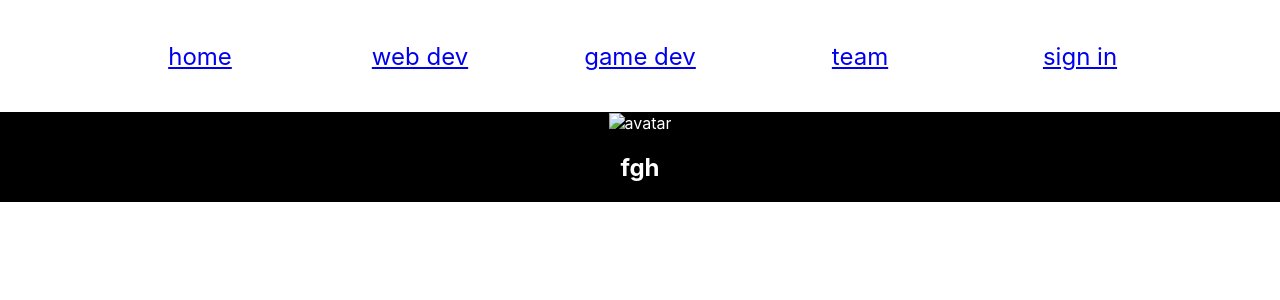
Repository: romAtam/5778
Page: /team
An editor plug-in stored every save of this project. The page is shown before and after the next save, followed by the edit.
The browser window is 1280 px wide. The pictures show the whole page.
The page's requests for data from a server got no answer. The project was rebuilt for these pictures with package versions that can differ from the ones it lists, and the page was loaded fresh each time. No one was signed in, and anything a server would have sent is missing. Also part of the build but not shown: src/Pages/Home.js, src/Pages/Game.js, src/Pages/Web.js, src/Pages/Signin.js, src/Pages/User.js.

Above is the page before, as saved 2021-12-11 13:50:32.

### src/index.js
import React from 'react';
import ReactDOM from 'react-dom';
import './index.css';
import App from './App';

import {BrowserRouter as Router} from "react-router-dom"
ReactDOM.render(
  <React.StrictMode>
    <Router>
       <App />
    </Router>

  </React.StrictMode>,
  document.getElementById('root')
);

### src/App.js

import './App.css';
import Nav from './Nav'
import {Routes,Route} from "react-router-dom"
import Home from "./Pages/Home"
import Game from "./Pages/Game"
import Web from "./Pages/Web"
import Team from "./Pages/Team"
import Signin from "./Pages/Signin"
import User from "./Pages/User"
function App() {
  return (
    <div className="App">
<Nav/>
<Routes>
  <Route path="/" element={<Home/>}/>
  <Route path="/game" element={<Game/>}/>
  <Route path="/web" element={<Web/>}/>
  <Route path="/team" element={<Team/>}/>
  <Route path="/team/:id" element={<User/>}/>
  <Route path="/signin" element={<Signin/>}/>
</Routes>



    </div>
  );
}

export default App;

### src/Nav.js
import React from 'react'
import{Link} from "react-router-dom"
import styled from "styled-components"

const NavContainer=styled.div`
display: grid;
grid-gap:20px;
justify-content:center;
align-items:center;
height:80px;
font-size:1.5rem;
padding:1rem 2rem;
border-bottom: 1px solid #000;
grid-template-columns: repeat(5,minmax(100px,200px));
@media (max-width: 768px){
    grid-template-columns: 1fr;
    height:100vh;
    max-height:800px ;
}

`
const Nav = () => {



    return (
        <NavContainer>
               <Link to="/">home</Link>
               <Link to="/web">web dev</Link>
               <Link to="/game">game dev</Link>
               <Link to="/team">team</Link>
               <Link to="/signin">sign in</Link>
        </NavContainer>
    )
}

export default Nav

### src/Pages/Team.js
import React,{useState,useEffect} from 'react'
import styled from "styled-components";
import {Link} from "react-router-dom"
export const TeamContainer=styled.div`
display:grid ;
grid-gap:20px ;
grid-template-columns:repeat(auto-fit,minmax(200px,1fr)) ;
justify-content:center ;
align-items:center ;
background-color:black;
color: white ;
`

const Team = () => {
    const[team,setTeam]=useState([{login:"fgh"}]);
    useEffect(() =>{
       const fetchTeam=async()=>{
    const teamJson=await fetch("https://api.github.com/users");
    const data=await teamJson.json()

    setTeam(data)
        console.log(data);
}
fetchTeam()

    }

    ,[])
    return (
        <TeamContainer>

           {team.map(user=>(
               <div key={user.login}>
                   <img width='200' src={user.avatar_url} alt="avatar" />
                   <h2>{user.login}</h2>
               </div>
           ))}
        </TeamContainer>
    )
}

export default Team

Loaded but not shown: public/index.html (common file); src/index.css (common file); src/App.css (common file)

After the next save:
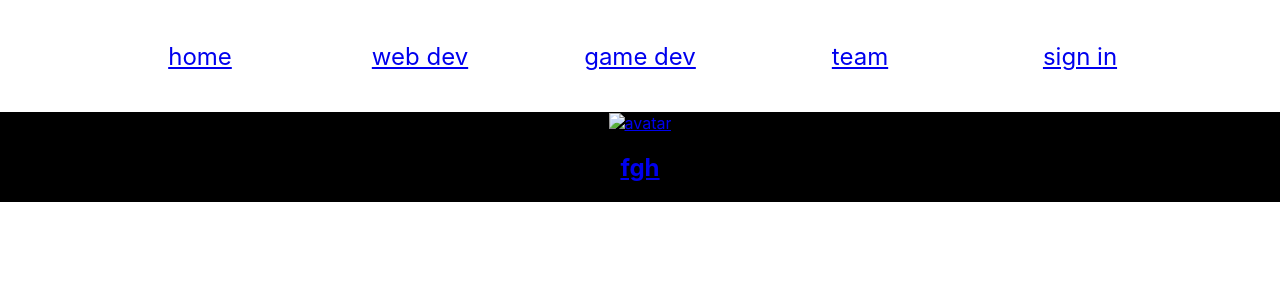
Saved 2 min 57 s later.
--- a/src/Pages/Team.js
+++ b/src/Pages/Team.js
@@ -30,10 +30,13 @@ fetchTeam()
         <TeamContainer>
 
            {team.map(user=>(
-               <div key={user.login}>
+               <Link to={`team/${user.login}`}>
+                       <div key={user.login}>
                    <img width='200' src={user.avatar_url} alt="avatar" />
                    <h2>{user.login}</h2>
                </div>
+               </Link>
+
            ))}
         </TeamContainer>
     )
